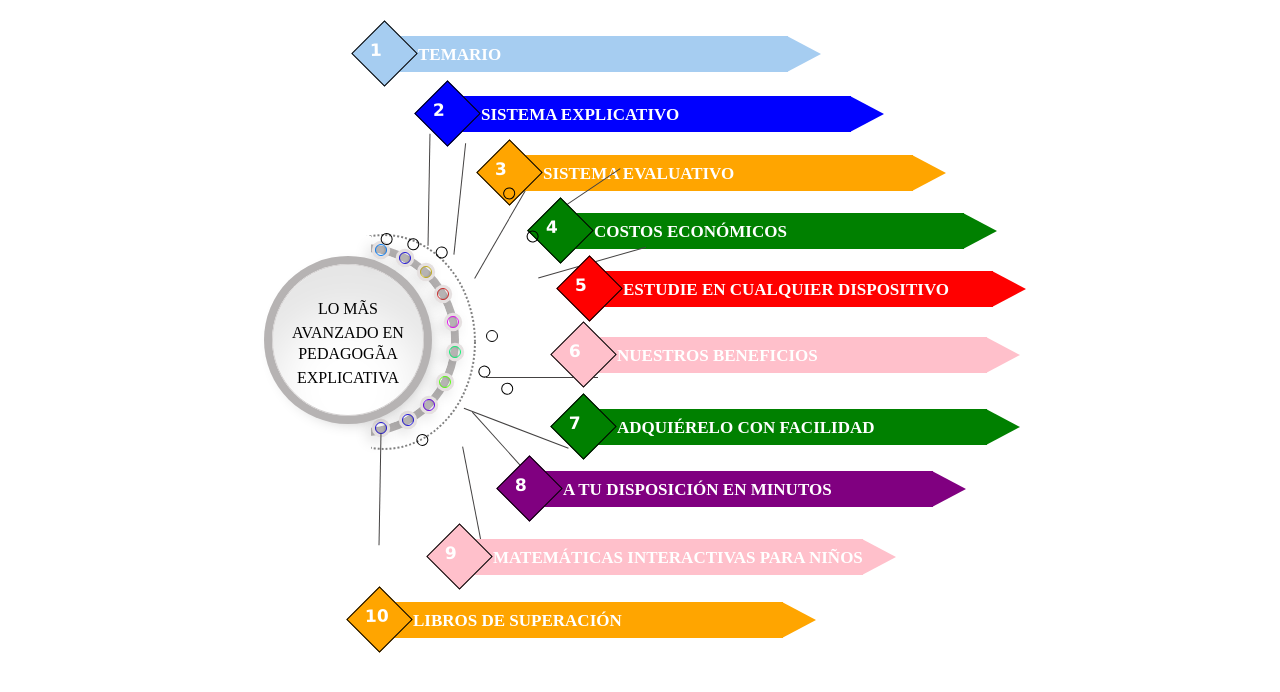
Repository: jennymoreno94/Menu
Page: index.html
The author's editor kept a copy of each file at every save. The page is drawn from the files as they stood at one save, then again after the next save.
The browser window is 1280 px wide. The pictures show the whole page.

Above is the page before, as saved 2021-08-01 23:12:59.

### index.html
<!DOCTYPE html>
<html lang=”en”>

<head>
  <link rel="stylesheet" href="estilo.css">
  <meta charset=”UTF-8″ />
  <title>Menu</title>
</head>
<body>
  <container>
    <div class="circulo-completo">
      <div class="circle-menu">
        <p>LO MÁS AVANZADO EN PEDAGOGÍA EXPLICATIVA</p>
      </div>
      <div id="circulo" class="circle-menus derecha"></div>
    </div>
    <div class="circle-punto derecha"> </div>
  </container>
</body>
<script type="text/javascript" src="menu.js"></script>

</html>

### estilo.css


.circulo-completo {
    margin: 250px;
}

.circle-menu {
    position: relative;
    width: 150px;
    height: 150px;
    border: 1px solid rgb(211, 208, 208);
    border-radius: 50%;
    box-shadow: inset 0 3em 3em rgba(0, 0, 0, 0.1), 0 0 0 0.5rem rgb(182, 179, 179), 0.3em 0.3em 1em rgba(0, 0, 0, 0.3);
    float: left;
    z-index: 7;
    margin: 14px;
}

p {
    padding: 1rem;
    text-align: center;
}

.circle-menus {
    position: relative;
    background-color: gray;
    width: 180px;
    height: 180px;
    border-radius: 50% 50%;
    margin-left: -165px;
    float: left;
    z-index: 6;
}

.circle-menus::before {
    position: absolute;
    content: "";
    top: 1%;
    left: 1%;
    background-color: #fff;
    height: 98%;
    width: 98%;
    border-radius: 50% 50%;
    box-shadow: inset 0 3em 3em rgb(255, 255, 255), 0 0 0 0.5rem rgb(182, 179, 179), 0.3em 0.3em 1em rgb(255, 255, 255);
}

.circle-menus::after {
    position: absolute;
    content: "";
    height: 50%;
    background-color: rgb(255, 255, 255);
    border: 1px solid #fff;
    top: 50%;
    left: 0;
    width: 100%;
    box-shadow: inset 0 3em 3em rgb(255, 255, 255), 0 0 0 0.5rem rgb(255, 255, 255), 0.3em 0.3em 1em rgb(255, 255, 255);
}

.circle-menus.derecha {
    transform: rotate(90deg);
}

.circulo-pequeno {
    position: relative;
    width: 10px;
    height: 10px;
    border-radius: 50%;
    box-shadow: inset 0 0.1rem 0.1rem rgba(0, 0, 0, 0.1), 0 0 0 0.2rem rgb(229, 224, 224), 0.3em 0.3em 1em rgba(0, 0, 0, 0.3);
    float: left;
    z-index: 5;
}

.num1 {
    border: 1px solid rgb(10 124 241);
    margin: 66px 0px 48px -6px;
}

.num::after {
    height: 1px;
    background-color: red;
}

.num2 {
    border: 1px solid rgb(32 20 212);
    margin: 42px 0px 0px -4px;
}

.num3 {
    border: 1px solid rgb(190 169 26);
    margin: 21px 0px 0px 2px;
}

.num4 {
    border: 1px solid rgb(200 41 41);
    margin: 4px 0px 0px 10px;
}

.num5 {
    border: 1px solid rgb(222 19 235);
    margin: -6px 0px 0px 16px;
}

.num6 {
    border: 1px solid rgb(18 235 115);
    margin: -8px 0px 0px 18px;
}

.num7 {
    border: 1px solid rgb(89 249 20);
    margin: 2px 0px 0px 18px;
}

.num8 {
    border: 1px solid rgb(100 3 225);
    margin: 18px 0px 0px 11px;
}

.num9 {
    border: 1px solid rgb(32 20 212);
    margin: 39px -1px 0px 3px;
}

.num10 {
    border: 1px solid rgb(32 20 212);
    margin: 66px -14px 0px -3px;
}

.circle-punto {
    position: relative;
    width: 212px;
    height: 180px;
    border-radius: 50% 50%;
    margin-left: -177px;
    border: 2px dotted gray;
    float: left;
    z-index: 4;
}

.circle-punto::before {
    position: absolute;
    content: "";
    top: 1%;
    left: 1%;
    background-color: #fff;
    height: 98%;
    width: 98%;
    border-radius: 50% 50%;
}

.circle-punto::after {
    position: absolute;
    content: "";
    height: 50%;
    background-color: rgb(255, 255, 255);
    border: 1px dotted #fff;
    top: 57%;
    left: 0;
    width: 100%;
}

.circle-punto.derecha {
    transform: rotate(90deg);
}

.boton-agrupado {
    position: relative;
    float: left;
    z-index: 3;
}

.button-href {
    position: relative;
    width: 400px;
    height: 36px;
    background: white;
    display: inline-block;
    color: black;
    text-decoration: none;
    z-index: -1;

}

.flecha {
    position: absolute;
    content: "";
    border-left: 34px solid white;
    border-top: 18px solid transparent;
    border-bottom: 18px solid transparent;
    margin-left: -1px;
}

.texto {
    margin-left: 30px;
    margin-top: 9px;
    font-size: 17px;
    color: white;

}

.btn1 {
    transform: translateY(-268px) translateX(-391px) rotate(630deg);
}

.btn2 {
    transform: translateY(-307px) translateX(-339px) rotate(630deg);
}

.btn3 {
    transform: translateY(-348px) translateX(-294px) rotate(630deg);
}

.btn4 {
    transform: translateY(-382px) translateX(-258px) rotate(630deg);
}

.btn5 {
    transform: translateY(-401px) translateX(-228px) rotate(630deg);
}

.btn6 {
    transform: translateY(-393px) translateX(-192px) rotate(630deg);
}

.btn7 {
    transform: translateY(-403px) translateX(-150px) rotate(630deg);
}

.btn8 {
    transform: translateY(-365px) translateX(-111px) rotate(630deg);
}

.btn9 {
    transform: translateY(-316px) translateX(-58px) rotate(630deg);
}

.btn10 {
    transform: translateY(-263px) translateX(-3px) rotate(630deg);
}

.linea {
    position: relative;
    width: 112px;
    height: 47px;
    border-bottom: 1px solid rgb(68, 66, 66);
    float: left;
    z-index: 4;
}

.linea::after {
    position: absolute;
    content: "";
    width: 10px;
    height: 10px;
    border-radius: 50%;
    float: left;
    border: 1px solid #000;

}

.linea1 {
    transform: translateY(4px) translateX(-168px) rotate(181deg);
    width: 168px;
}

.linea2 {
    transform: translateY(-4px) translateX(-143px) rotate(186deg);
    width: 140px;
}

.linea3 {
    transform: translateY(-30px) translateX(-115px) rotate(210deg);
    width: 110px;
}

.linea4 {
    transform: translateY(-57px) translateX(-105px) rotate(236deg);
}

.linea5 {
    transform: translateY(-72px) translateX(-91px) rotate(254deg);
}

.linea6 {
    transform: translateY(-76px) translateX(-67px) rotate(270deg);
    width: 100px;
}

.linea7 {
    transform: translateY(-86px) translateX(-51px) rotate(291deg);
    width: 118px;
}

.linea8 {
    transform: translateY(-77px) translateX(-21px) rotate(318deg);
}

.linea9 {
    transform: translateY(-11px) translateX(12px) rotate(169deg);
    width: 140px;
}

.linea10 {
    transform: translateY(-41px) translateX(11px) rotate(361deg);
    width: 168px;
}

.text {
    border-radius: 4px;
    font-family: Verdana;
    color: white;
    position: relative;
    overflow: hidden;
    padding: 4px;
    top: 37%;
    transform: translateY(-111%) rotate( 314deg);
    font-size: 17px;
    text-transform: uppercase;
}

.rombo {
    position: absolute;
    content: "";
    width: 45px;
    height: 45px;
    background: white;
    -webkit-transform: rotate(45deg);
    -moz-transform: rotate(45deg);
    -ms-transform: rotate(45deg);
    -o-transform: rotate(45deg);
    transform: rotate(45deg);
    border: 1px solid;
    margin-left: -27px;
    margin-top: -6px;
    z-index: 1;
}

### menu.js
let circulo = document.getElementById("circulo");

function Menu() {
    for (i = 0; i < 10 ; i++ ) {
        let circuloPequeno = document.createElement("div")
        circuloPequeno.classList.add("circulo-pequeno")
        circuloPequeno.classList.add(`num${i+1}`)

        let linea = document.createElement("div")
        linea.classList.add("linea")

        let lineaPunto = document.createElement("div")
        lineaPunto.classList.add(`linea${i+1}`)

        let boton = document.createElement("div")
        boton.classList.add("boton-agrupado")
        boton.classList.add(`btn${i+1}`)

        let color=cambiocolor(i+1)

        let spanRombo =document.createElement("span")
        spanRombo.classList.add("rombo")
        spanRombo.classList.add(`span${i+1}`)
        spanRombo.style.setProperty(`background`, color);

        let h3Rombo =document.createElement("h3")
        h3Rombo.classList.add("text")

        let link =document.createElement("a")
        link.classList.add("button-href")
        link.classList.add(`color${i+1}`)
        link.style.setProperty(`background`, color);

        let span =document.createElement("span")
        span.classList.add("flecha")
        span.classList.add(`span${i+1}`)
        span.style.setProperty(`border-left`,`34px solid ${color}`);

        let h3 =document.createElement("h3")
        h3.classList.add("texto")
        let textoFinal = texto(i+1)

        circulo.appendChild(circuloPequeno)
        circuloPequeno.appendChild(lineaPunto)
        lineaPunto.appendChild(linea)
        circuloPequeno.appendChild(boton)
        boton.appendChild(spanRombo)
        boton.appendChild(link)
        boton.appendChild(span)
        link.appendChild(h3)
        spanRombo.appendChild(h3Rombo)
        h3.append(textoFinal);
        h3Rombo.append(i+1);
    }
}


function texto(num) {
    let texto = ''
    switch (num) {
        case 1: texto='TEMARIO'
        break;
        case 2: texto='SISTEMA EXPLICATIVO'
        break;
        case 3: texto='SISTEMA EVALUATIVO'
        break;
        case 4: texto='COSTOS ECONÓMICOS'
        break;
        case 5: texto='ESTUDIE EN CUALQUIER DISPOSITIVO'
        break;
        case 6: texto='NUESTROS BENEFICIOS'
        break;
        case 7: texto='ADQUIÉRELO CON FACILIDAD'
        break;
        case 8: texto='A TU DISPOSICIÓN EN MINUTOS'
        break;
        case 9: texto='MATEMÁTICAS INTERACTIVAS PARA NIÑOS'
        break;
        case 10: texto='LIBROS DE SUPERACIÓN'
        break;
    }
    return texto
}

function cambiocolor(num) {
    let color = ''
    switch (num) {
        case 1: color='rgb(166, 205, 241)'
        break;
        case 2: color='blue'
        break;
        case 3: color='orange'
        break;
        case 4: color='green'
        break;
        case 5: color='red'
        break;
        case 6: color='pink'
        break;
        case 7: color='green'
        break;
        case 8: color='purple'
        break;
        case 9: color='pink'
        break;
        case 10: color='orange'
        break;
    }
    return color
}




document.onload = Menu()

After the next save:
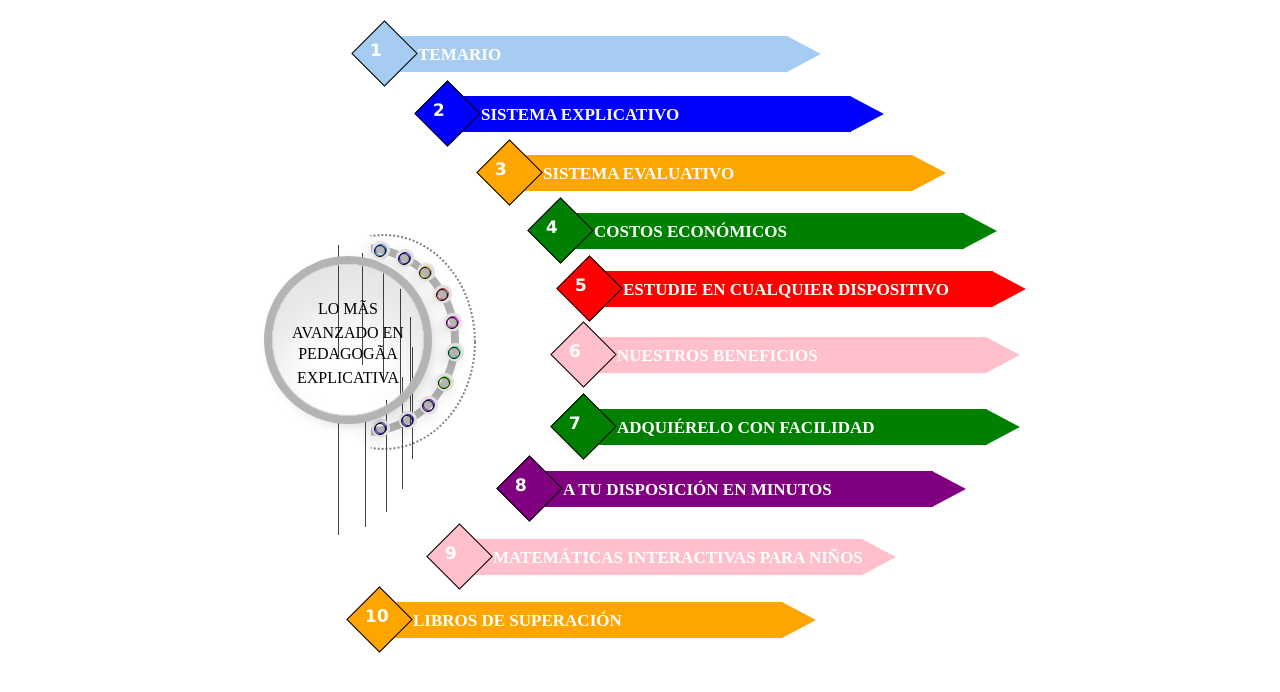
Saved 24 s later.
--- a/menu.js
+++ b/menu.js
@@ -41,8 +41,8 @@ function Menu() {
         let textoFinal = texto(i+1)
 
         circulo.appendChild(circuloPequeno)
-        circuloPequeno.appendChild(lineaPunto)
-        lineaPunto.appendChild(linea)
+        circuloPequeno.appendChild(linea)
+        linea.appendChild(lineaPunto)
         circuloPequeno.appendChild(boton)
         boton.appendChild(spanRombo)
         boton.appendChild(link)
